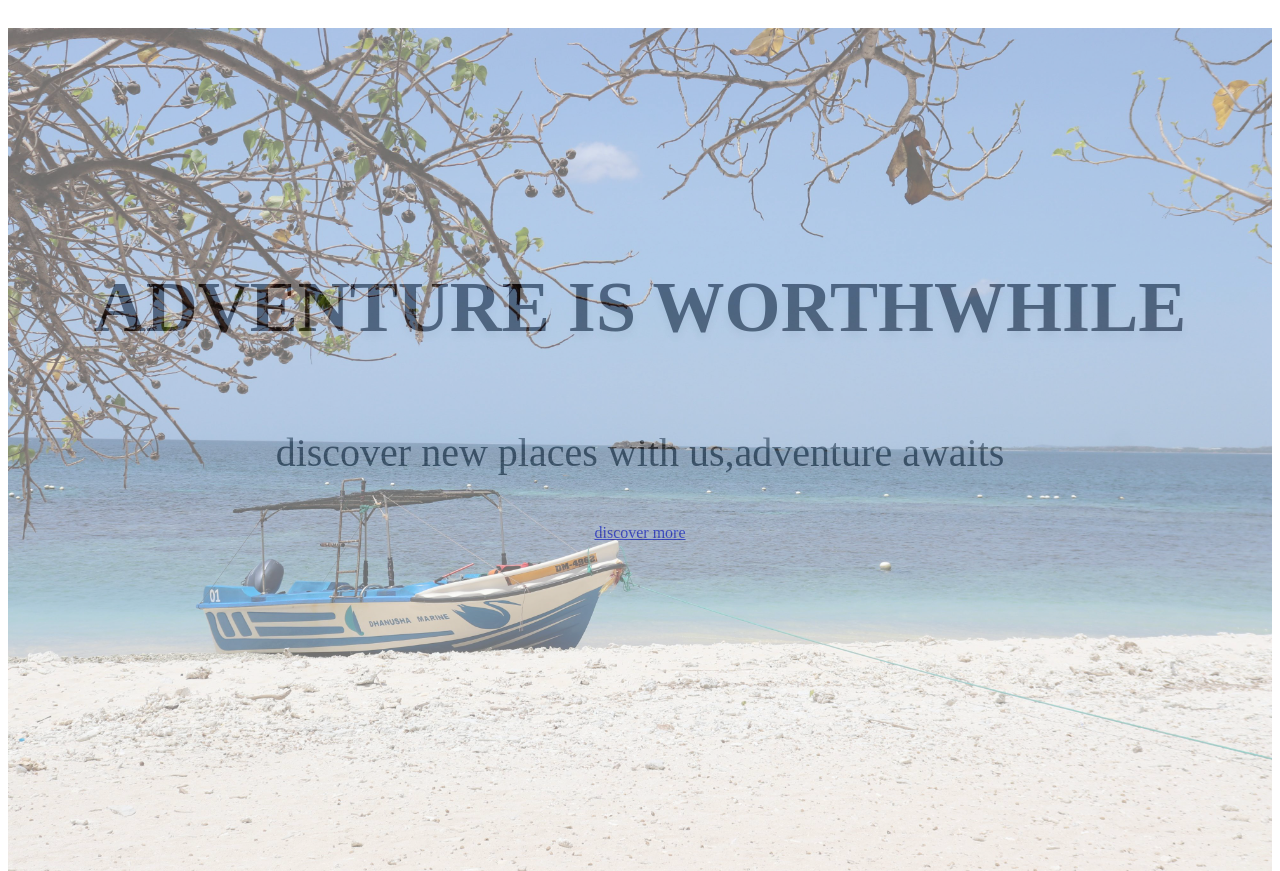
Repository: KasunInd27/Ceylon-Journey
Page: Home/home.html
The author's editor kept a copy of each file at every save. The page is drawn from the files as they stood at one save, then again after the next save.
The browser window is 1280 px wide. The pictures show the whole page.

Above is the page before, as saved 2024-10-05 13:52:04.
Console error: SyntaxError: Unexpected token '<'

### Home/home.html
<!DOCTYPE html>
<html lang="en">
<head>
    <meta charset="UTF-8">
    <meta name="viewport" content="width=device-width, initial-scale=1.0">
    <!-- Font Awesome CDN link for using icons -->
    <link rel="stylesheet" href="https://cdnjs.cloudflare.com/ajax/libs/font-awesome/5.15.3/css/all.min.css">
    <link href="https://fonts.googleapis.com/css2?family=Roboto:wght@400;700&display=swap" rel="stylesheet">

    <link rel="stylesheet" href="CSS/home.css">
    <script src="JS/home.js"></script>
    <style>
        .mySlides {display:none;}
    </style>
    <title>Home Page</title>
</head>
<body>
    <section class="home" id="home">
        <div class="content">
            <h3>adventure is worthwhile</h3>
            <p>discover new places with us,adventure awaits</p>
            <a href="#" class="btn">discover more</a>
        </div>

        <div class="slide">
            <img class="homeSlides" src="../image/train.jpg" style="width:100%">
            <img class="homeSlides" src="../image/elephants.jpg" style="width:100%">
            <img class="homeSlides" src="../image/boat.jpg" style="width:100%">
            <img class="homeSlides" src="../image/fish.jpg" style="width:100%">
            <img class="homeSlides" src="../image/arc.jpg" style="width:100%">
        </div>
    </section>

    <script>
        var myIndex = 0;
        carousel();

        function carousel() {
          var i;
          var x = document.getElementsByClassName("homeSlides");
          for (i = 0; i < x.length; i++) {
            x[i].style.display = "none";
          }
          myIndex++;
          if (myIndex > x.length) {myIndex = 1}
          x[myIndex-1].style.display = "block";
          setTimeout(carousel, 2000); // Change image every 2 seconds
        }
        </script>


</body>
</html>

### Home/CSS/home.css
.home.controls {
    padding: 1rem;
    border-radius: 5rem;
    background: rgba(0, 0, 0, .7);
    position: relative;
    top: 10rem;

}

.home .controls .img-btn {

    height: 2rem;
    width: 2rem;
    display: inline-block;
    border-radius: 50%;
    background: #fff;
    cursor: pointer;
    margin: 0 .5rem;

}
.home .controls .img-btn.active {
    background: var(--orange);

}
#home {
    min-height: 100vh;
    /* Ensures it takes up the full viewport height */
    display: flex;
    /* Enables flexbox layout */
    align-items: center;
    /* Vertically centers content */
    justify-content: center;
    /* Horizontally centers content */
    flex-flow: column;
    /* Aligns children in a column layout */
    position: relative;
    /* Allows child elements to use absolute positioning */
    z-index: 0;
    /* Ensures this section has the correct stacking order */
}
.home .content {
    text-align: center;
    /* Centers the text within the .content container */
}
/* Styles for h3 elements inside the .content class within the .home section */

.home .content h3 {
    font-size: 4.5rem;
    /* Sets a large font size for the heading */
    color: #060101;
    /* White text color */
    text-transform: uppercase;
    /* Makes the text uppercase */
    text-shadow: 0 .3rem .5rem rgba(0, 0, 0, .1);
    /* Adds a soft shadow to the text */


}

.home .content p {
    font-size: 2.5rem;
    /* Sets the font size for paragraphs inside the .content class in the .home section */
    color: #010401;
    /* Sets the text color to white */
    padding: 0.5rem 0;
    /* Adds vertical padding (top and bottom) of 0.5rem */
    opacity: 0.80;
}

.slide
{
    margin-top: -320px;
    background-size:contain;
    background-position:center;
    background-repeat: no-repeat;
    position:absolute;
    width: 100%;
    height: 50%;
    opacity: 0.60;
}

### Home/JS/home.js
<!DOCTYPE html>
<html lang="en">
<head>
    <meta charset="UTF-8">
    <meta name="viewport" content="width=device-width, initial-scale=1.0">
    <!-- Font Awesome CDN link for using icons -->
    <link rel="stylesheet" href="https://cdnjs.cloudflare.com/ajax/libs/font-awesome/5.15.3/css/all.min.css">
    <link href="https://fonts.googleapis.com/css2?family=Roboto:wght@400;700&display=swap" rel="stylesheet">

    <link rel="stylesheet" href="CSS/home.css">
    <script src="JS/home.js"></script>
    <style>.imgSlide {display:none;}</style>
    <title>Home Page</title>
</head>
<body>
    <section class="home" id="home">
        <div class="content">
            <h3>adventure is worthwhile</h3>
            <p>discover new places with us,adventure awaits</p>
            <a href="#" class="btn">discover more</a>
        </div>

        <div class="image-slide" style="max-width:500px">
            <img class="imgSlide" src="../image/train.jpg" style="width:100%">
            <img class="imgSlide" src="../image/elephants.jpg" style="width:100%">
            <img class="imgSlide" src="../image/boats.jpg" style="width:100%">
            <img class="imgSlide" src="../image/fish.jpg" style="width:100%">
            <img class="imgSlide" src="../image/arc.jpg" style="width:100%">

        </div>


    </section>
</body>
</html>

After the next save:
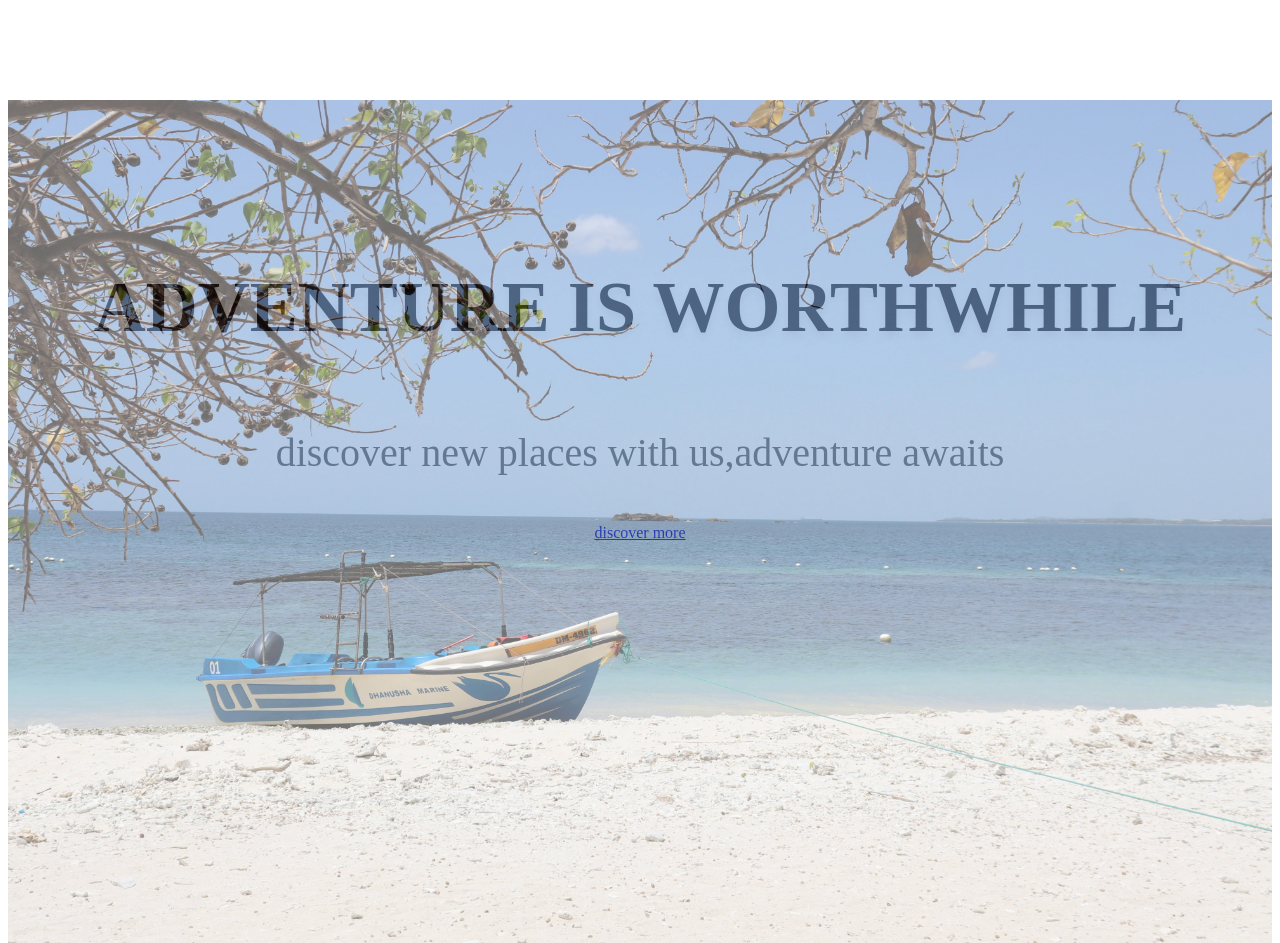
Saved 34 s later.
--- a/Home/CSS/home.css
+++ b/Home/CSS/home.css
@@ -75,6 +75,6 @@
     background-repeat: no-repeat;
     position:absolute;
     width: 100%;
-    height: 50%;
+    height: 30%;
     opacity: 0.60;
 }
